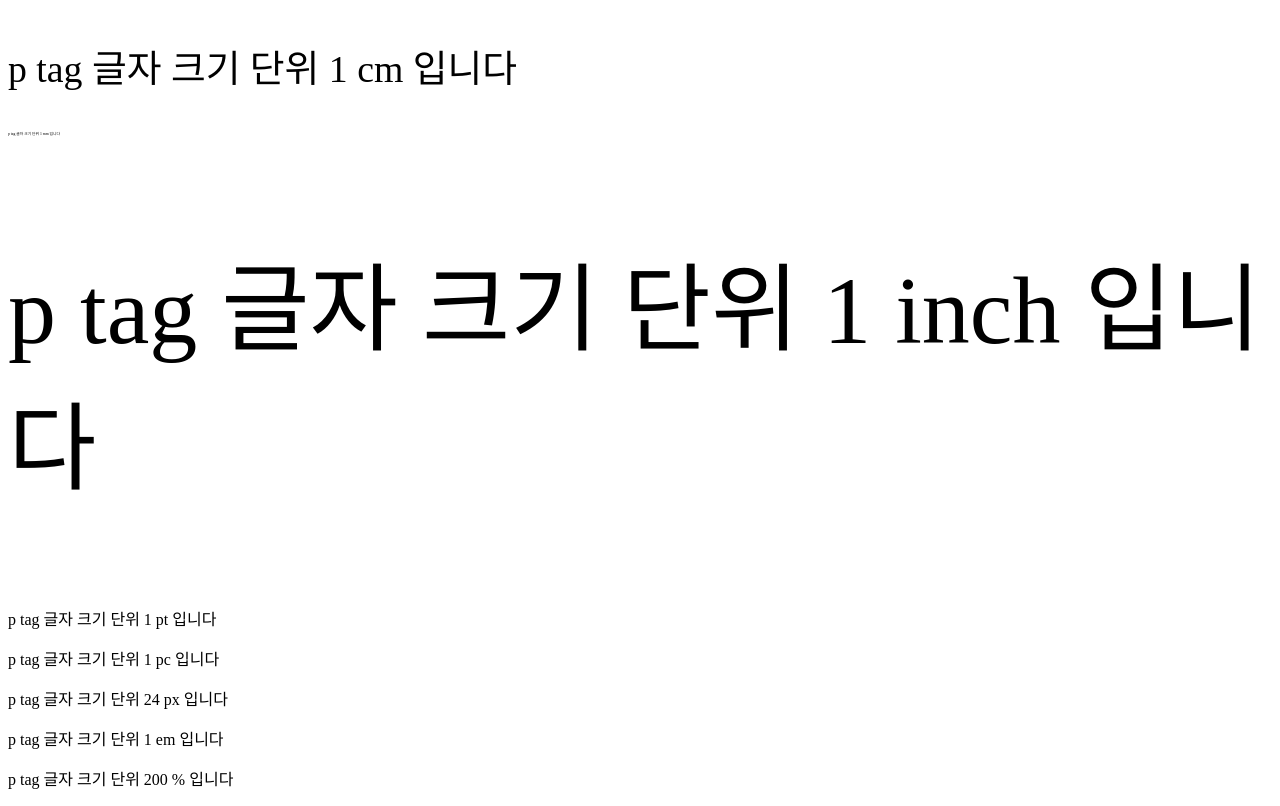
Repository: Seokho96/CSSPractice
Page: css/sample01/WebContent/index1.html
These files come from the project's save history. The page is drawn as it stood at one moment and after the next save; the edit follows.
The browser window is 1280 px wide. The pictures show the whole page.

Above is the page before, as saved 2020-07-13 01:17:30.

### css/sample01/WebContent/index1.html
<!DOCTYPE html>
<html>
<head>
<meta charset="EUC-KR">
<title>Insert title here</title>

<style type="text/css">
.aaa{
    font-size:  1cm;
}
.bbb{
   font-size: 1mm;
}
.ccc{
   font-size: 1in;
}
</style>
</head>
<body>

<p class="aaa">p tag 글자 크기 단위 1 cm 입니다</p>
<p class="bbb">p tag 글자 크기 단위 1 mm 입니다</p>
<p class="ccc">p tag 글자 크기 단위 1 inch 입니다</p>
<p class="ddd">p tag 글자 크기 단위 1 pt 입니다</p>
<p class="eee">p tag 글자 크기 단위 1 pc 입니다</p>
<p class="fff">p tag 글자 크기 단위 24 px 입니다</p>
<p class="ggg">p tag 글자 크기 단위 1 em 입니다</p>
<p class="hhh">p tag 글자 크기 단위 200 % 입니다</p>

</body>
</html>

After the next save:
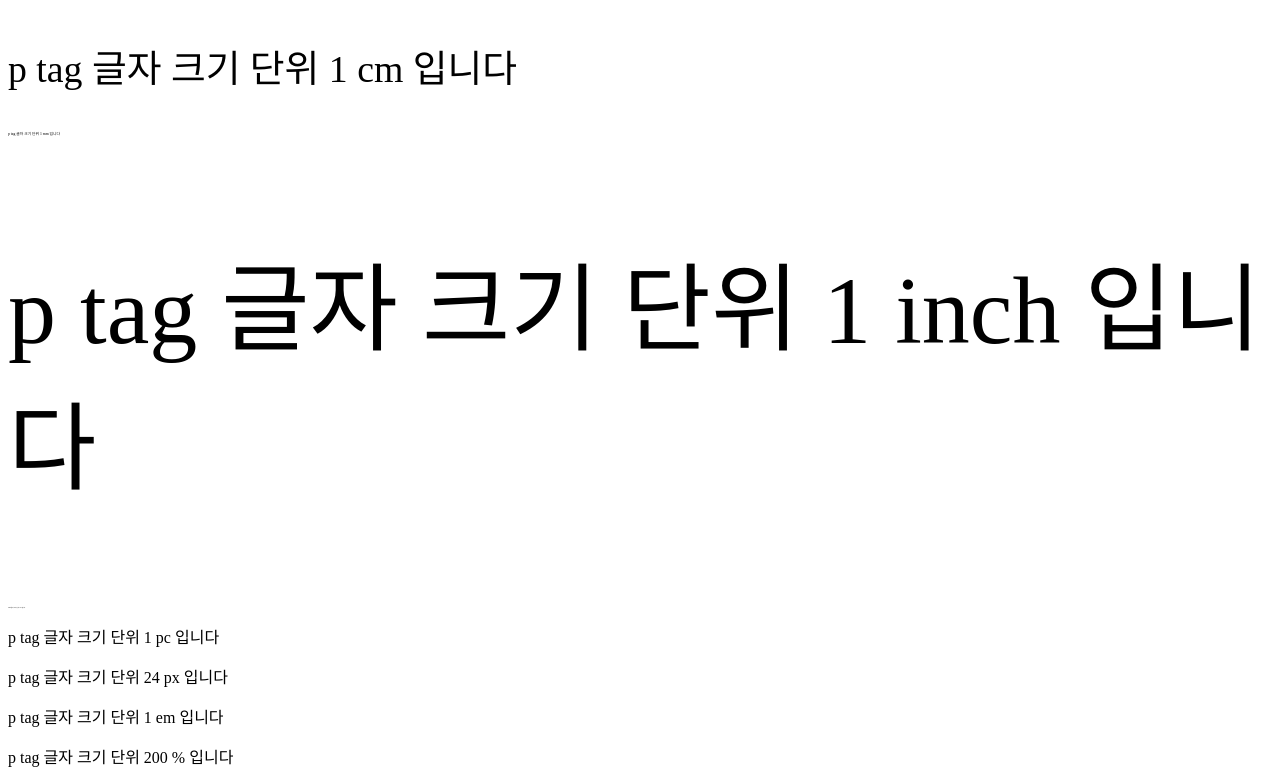
Saved 47 s later.
--- a/css/sample01/WebContent/index1.html
+++ b/css/sample01/WebContent/index1.html
@@ -14,6 +14,12 @@
 .ccc{
    font-size: 1in;
 }
+.ddd{
+   font-size: 1pt;
+}
+.eee{
+   font-size: 1pc;
+}
 </style>
 </head>
 <body>
